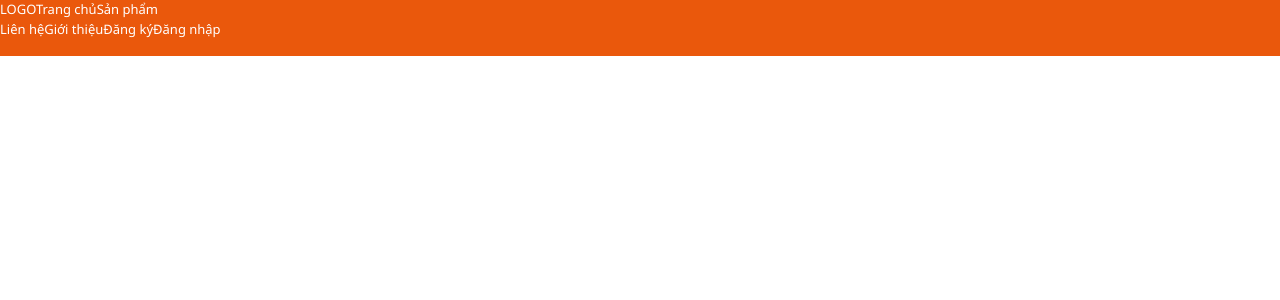
Repository: TinhTT336/MD02_Session15
Page: / (app in client/)
An editor plug-in stored every save of this project. The page is shown before and after the next save, followed by the edit.
The browser window is 1280 px wide. The pictures show the whole page.
The project was rebuilt for these pictures with package versions that can differ from the ones it lists, and the page was loaded fresh each time. Also part of the build but not shown: client/vite.config.js.

Above is the page before, as saved 2023-09-15 09:11:15.

### client/src/main.jsx
import React from 'react'
import ReactDOM from 'react-dom/client'
import App from './App.jsx'
import './index.css'
import { BrowserRouter } from "react-router-dom";

ReactDOM.createRoot(document.getElementById('root')).render(
  <BrowserRouter>
    <App />
  </BrowserRouter>
)

### client/src/App.jsx
import Header from '../components/user/header/Header';
import "./assets/styles/main.css";

function App() {

  return (
    <>
      <Header />
    </>
  )
}

export default App

### client/components/user/header/Header.jsx
import React from 'react';
import { NavLink } from "react-router-dom";

export default function Header() {
    return (
        <>
            <div className='w-full bg-orange-600 h-14 text-white'>
                <div>
                    <NavLink>LOGO</NavLink>
                    <NavLink>Trang chủ</NavLink>
                    <NavLink>Sản phẩm</NavLink>
                </div>
                <div>
                    <NavLink>Liên hệ</NavLink>
                    <NavLink>Giới thiệu</NavLink>
                    <NavLink>Đăng ký</NavLink>
                    <NavLink>Đăng nhập</NavLink>
                </div>
            </div>
        </>
    )
}

### client/src/assets/styles/main.css
* {
  margin: 0;
  padding: 0;
  box-sizing: border-box;
}
@font-face {
  font-family: Notosans-bold;
  src: url(../fonts/notosans-bold.3ede5aff.woff2);
}
@font-face {
  font-family: Notosans-italic;
  src: url(../fonts/notosans-italic.1c1aaac9.woff2);
}
@font-face {
  font-family: Notosans-regular;
  src: url(../fonts/notosans-regular.2cb88a13.woff2);
}
@font-face {
  font-family: Notosans-semibold;
  src: url(../fonts/notosans-semibold.df3e6dc4.woff2);
}

body {
  height: 100%;
  width: 100%;
  font-size: 13px;
  font-family: Notosans-regular;
  color: #000000;
  background-color: #ffffff;
}

::-webkit-scrollbar {
  width: 10px;
  height: 10px;
}
::-webkit-scrollbar-track {
  background: #f1f1f1;
}
::-webkit-scrollbar-thumb {
  background: #b8bcc3;
}
::-webkit-scrollbar-thumb:hover {
  background: #888;
}
::-webkit-scrollbar-track-piece {
  background-color: #f1f1f1;
  width: 10px;
}

Loaded but not shown: client/src/index.css (common file); client/tailwind.config.js (common file)

After the next save:
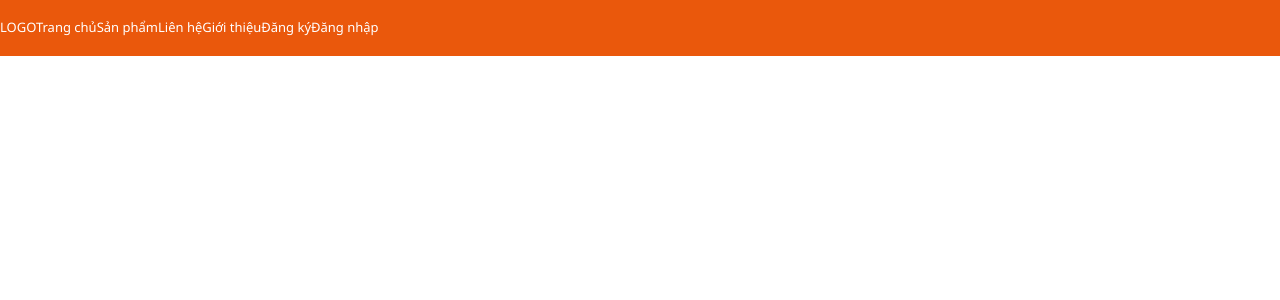
Saved 26 s later.
--- a/client/components/user/header/Header.jsx
+++ b/client/components/user/header/Header.jsx
@@ -4,7 +4,7 @@ import { NavLink } from "react-router-dom";
 export default function Header() {
     return (
         <>
-            <div className='w-full bg-orange-600 h-14 text-white'>
+            <div className='w-full bg-orange-600 h-14 text-white flex items-center justify-center'>
                 <div>
                     <NavLink>LOGO</NavLink>
                     <NavLink>Trang chủ</NavLink>
